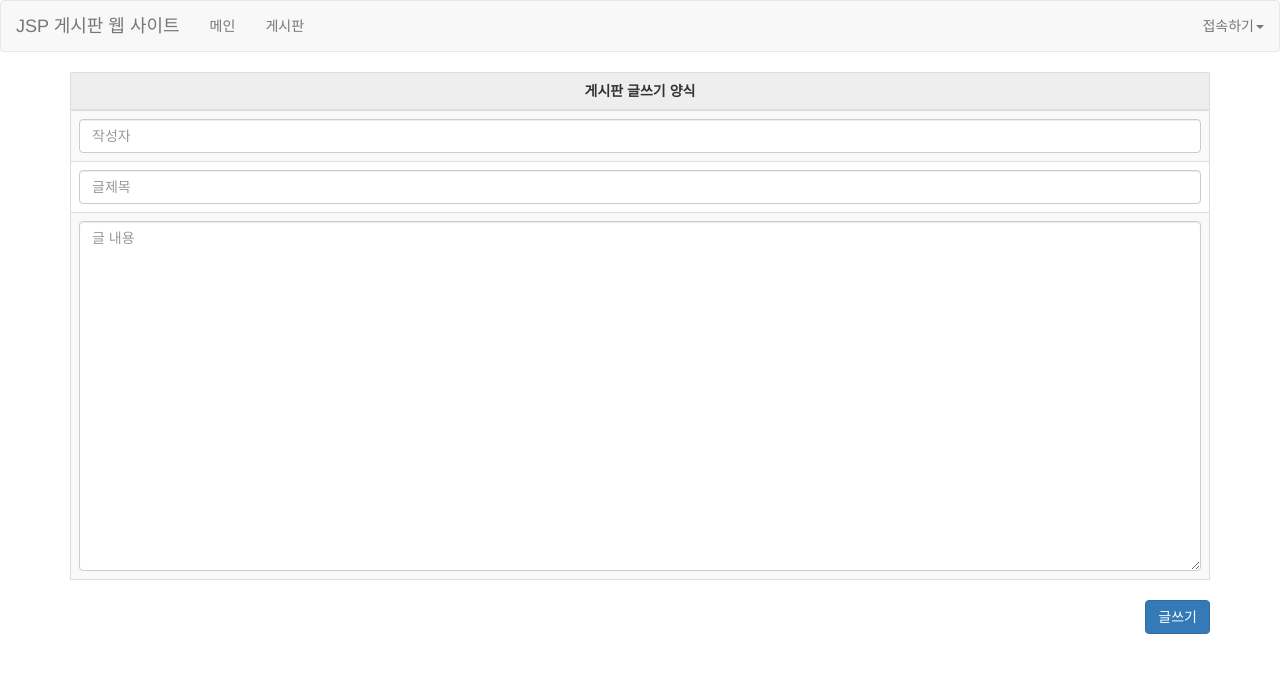
Repository: asdf130700/JSP
Page: http://localhost/BBS/write.jsp
An editor plug-in stored every save of this project. The page is shown before and after the next save, followed by the edit.
The browser window is 1280 px wide. The pictures show the whole page.
Some web libraries are served in a nearby version. The page is served by Tomcat 9.

Above is the page before, as saved 2020-12-02 07:14:48.

After the next save:
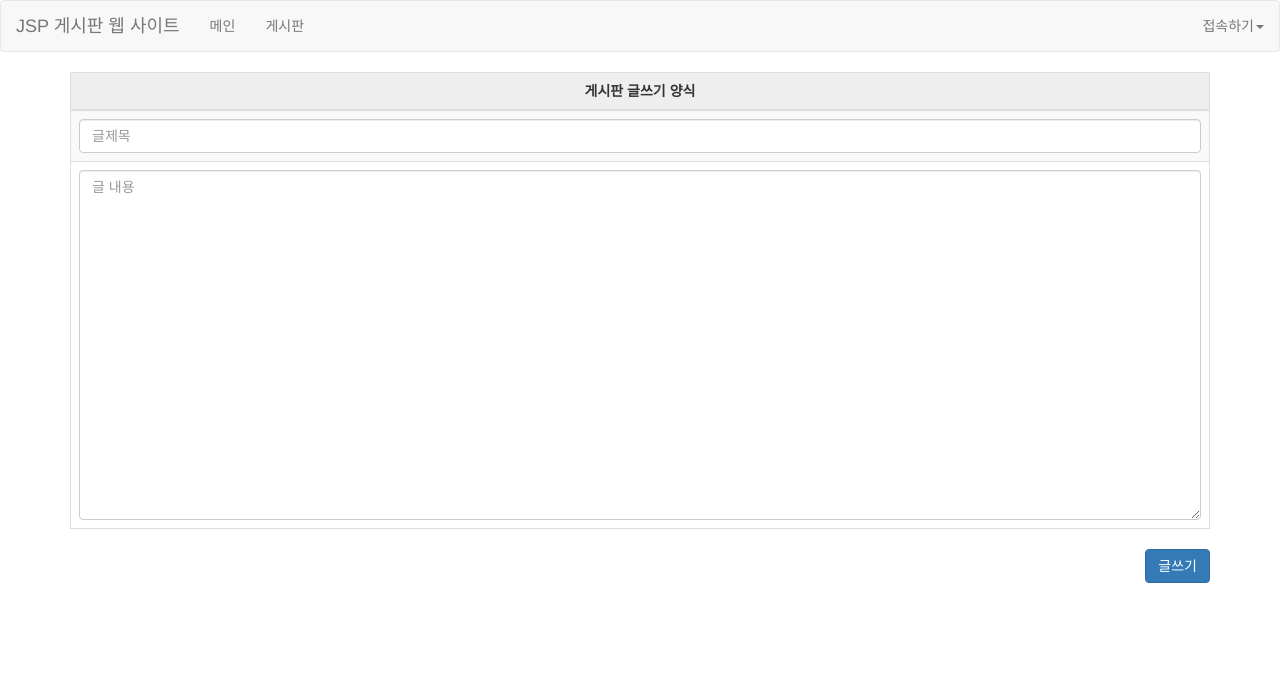
Saved 83 s later.
--- a/BBS/WebContent/write.jsp
+++ b/BBS/WebContent/write.jsp
@@ -49,9 +49,6 @@
 			</thead>
 			<tbody>
 				<tr>
-				<td><input type="text" class="form-control" placeholder="작성자" name="bbsUserID" maxlength="50"></td>
-				</tr>
-				<tr>
 				<td><input type="text" class="form-control" placeholder="글제목" name="bbsTitle" maxlength="50"></td>
 				</tr>
 				<tr>
